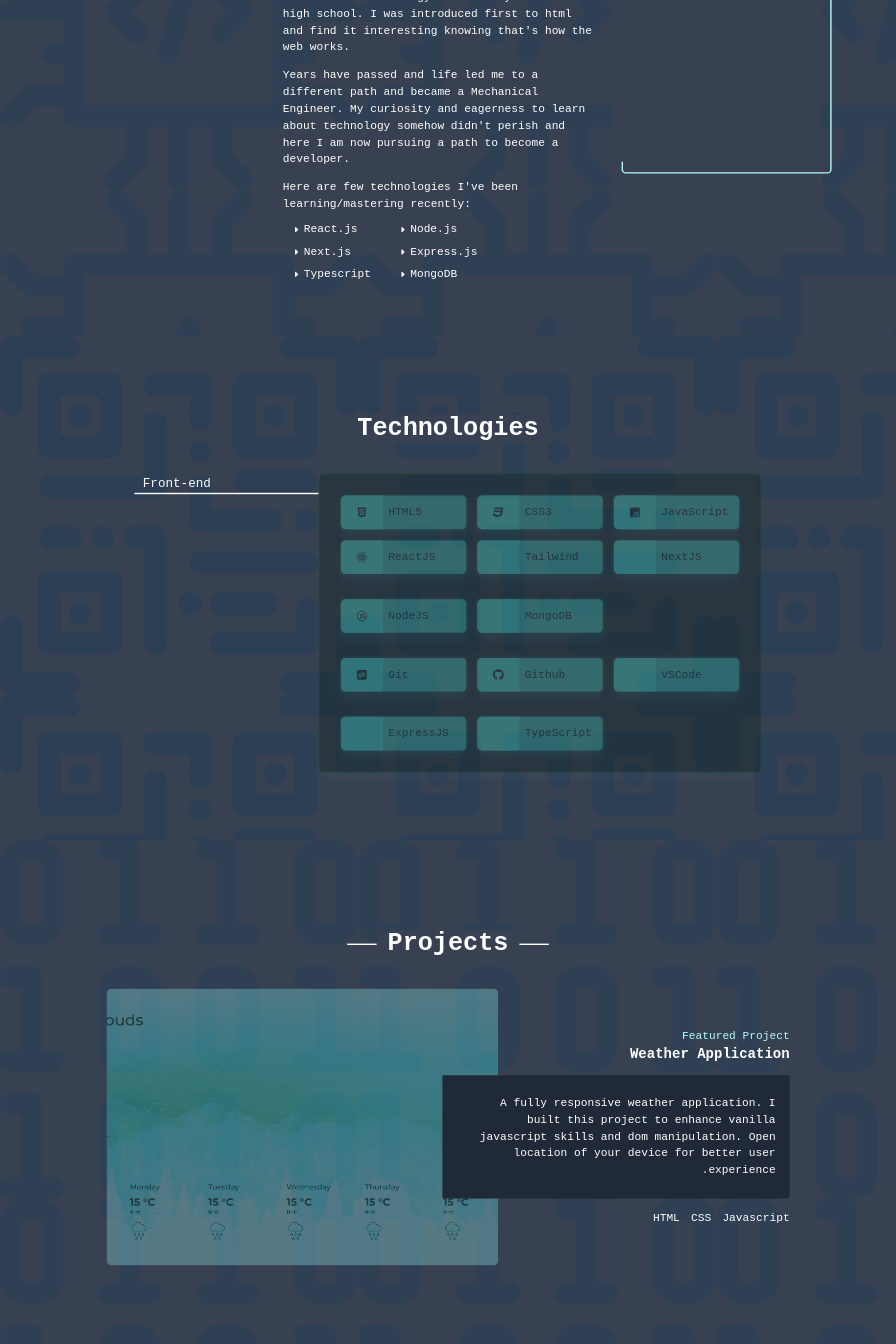
Repository: riandev25/nextjs-portfolio
Page: /
These files come from the project's save history. The page is drawn as it stood at one moment and after the next save; the edit follows.
The browser window is 1280 px wide. The pictures show the part of the page from y = 960 to 2880 px (the page is 2880 px tall), at 70% of full size.
Backgrounds fixed to the window are drawn as part of the page. The project was rebuilt for these pictures with package versions that can differ from the ones it lists, and the page was loaded fresh each time. The framework's server and built-in components were replaced by stand-ins that run in the browser. Also part of the build but not shown: next.config.js, components/Home/Keyboard/index.module.css, components/Home/Keyboard/index.jsx, components/About/Contacts.jsx.

Above is the page before, as saved 2022-11-13 13:06:28.

After the next save:
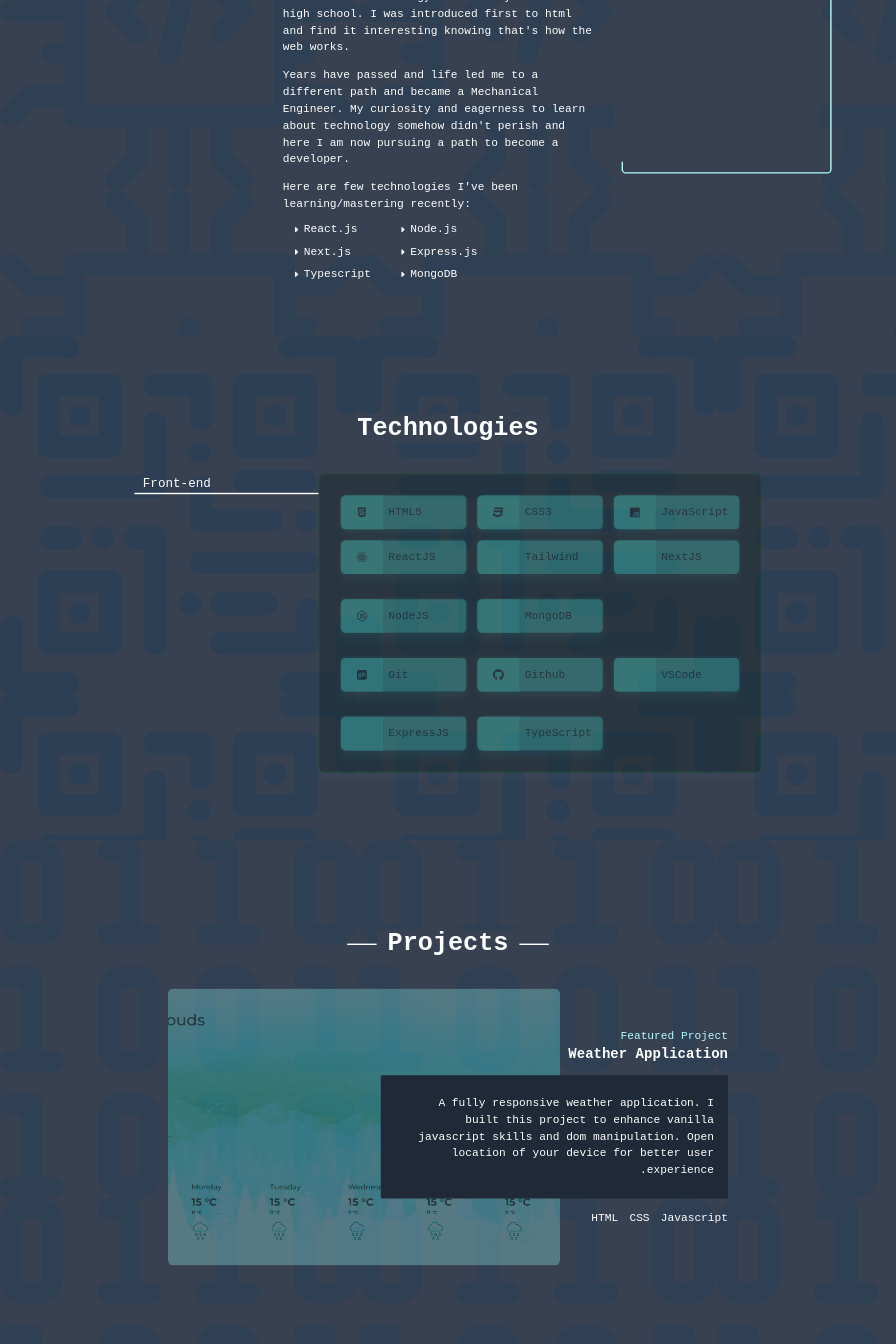
Saved 24 s later.
--- a/components/Projects/index.jsx
+++ b/components/Projects/index.jsx
@@ -35,7 +35,7 @@ const Projects = () => {
           />
         </section>
         <section
-          className='z-20 w-[23rem] flex flex-col overflow-visible space-y-4 lg:w-[26rem]'
+          className='z-20 w-[23rem] flex flex-col overflow-visible space-y-4 lg:w-[15rem]'
           dir='rtl'
         >
           <div className='flex flex-col justify-end items-end' dir='ltr'>
